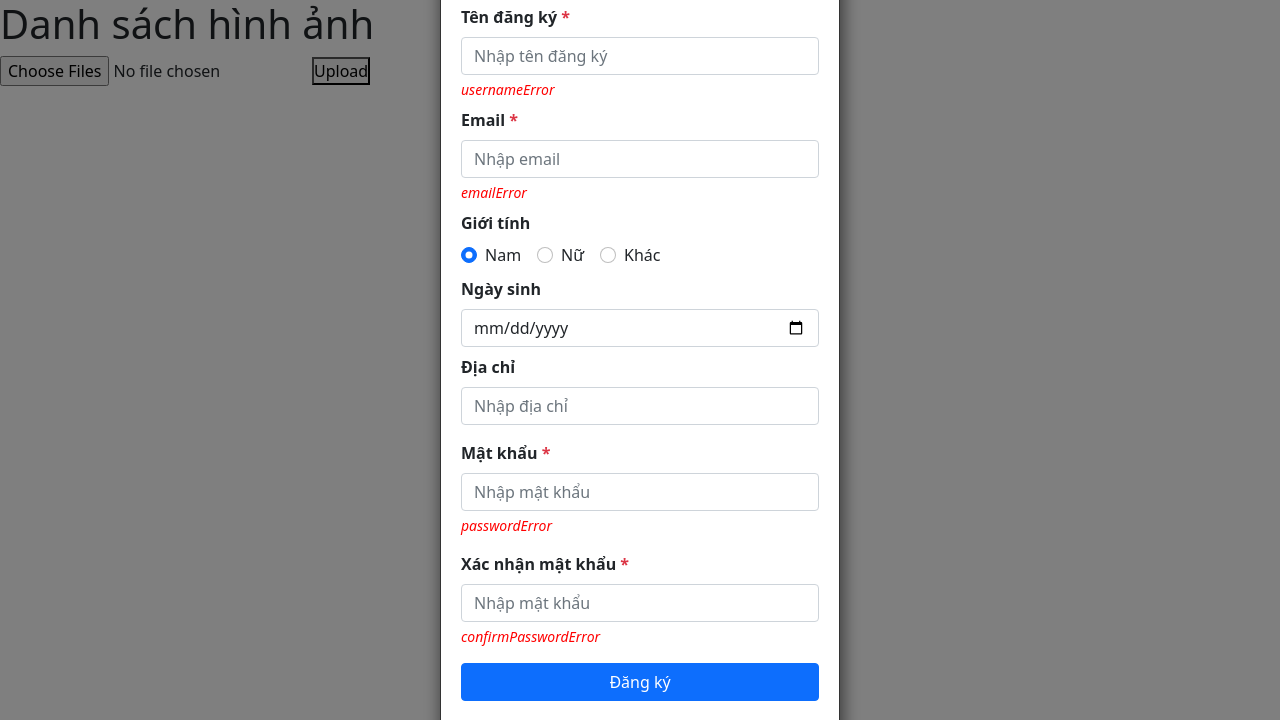
Repository: TinhTT336/MD02_Session14
Page: / (app in client/)
An editor plug-in stored every save of this project. The page is shown before and after the next save, followed by the edit.
The browser window is 1280 px wide. The pictures show the whole page.
The page's requests for data from a server got no answer. The project was rebuilt for these pictures with package versions that can differ from the ones it lists, and the page was loaded fresh each time. No one was signed in, and anything a server would have sent is missing. Also part of the build but not shown: client/vite.config.js, client/src/index.css.

Above is the page before, as saved 2023-09-14 10:26:32.

### client/index.html
<!DOCTYPE html>
<html lang="en">
  <head>
    <meta charset="UTF-8" />
    <link rel="icon" type="image/svg+xml" href="/vite.svg" />
    <meta name="viewport" content="width=device-width, initial-scale=1.0" />
    <title>Vite + React</title>
    <link
      href="https://cdn.jsdelivr.net/npm/bootstrap@5.0.2/dist/css/bootstrap.min.css"
      rel="stylesheet"
      integrity="sha384-EVSTQN3/azprG1Anm3QDgpJLIm9Nao0Yz1ztcQTwFspd3yD65VohhpuuCOmLASjC"
      crossorigin="anonymous"
    />
    <link
      rel="stylesheet"
      href="https://cdnjs.cloudflare.com/ajax/libs/font-awesome/6.4.2/css/all.min.css"
      integrity="sha512-z3gLpd7yknf1YoNbCzqRKc4qyor8gaKU1qmn+CShxbuBusANI9QpRohGBreCFkKxLhei6S9CQXFEbbKuqLg0DA=="
      crossorigin="anonymous"
      referrerpolicy="no-referrer"
    />
  </head>
  <body>
    <div id="root"></div>
    <script type="module" src="/src/main.jsx"></script>
  </body>
</html>

### client/src/App.jsx

import './App.css'
import UploadSingleFile from './components/UploadSingleFile'
import Register from './components/register/Register'

function App() {

  return (
    <>
      <UploadSingleFile />
      <Register />
    </>
  )
}

export default App

### client/src/components/UploadSingleFile.jsx
import React, { useEffect, useState } from 'react'
import { storage } from "../firebase/configFirebase";
import { getDownloadURL, listAll, ref, uploadBytes } from 'firebase/storage';
import ReactPlayer from 'react-player'

export default function UploadSingleFile() {
    const [imageUpload, setImageUpload] = useState(null);
    const [imageUrls, setImageUrls] = useState([]);

    //tao 1 tham chieu den thu muc chua kho anh tren firebase
    const imageListRef = ref(storage, 'images/')

    // ham upload file len Firebase
    const uploadFiles = (files) => {
        //xu ly duoc tac vu them nhieu file=> bat dong bo=> su dung Promise
        Promise.all(files.map(file => {
            //tao 1 tham chieu <=>tao 1 folder tren firebase
            const imageRef = ref(storage, `images/${file.name}`);
            return uploadBytes(imageRef, file).then(snapshot => {
                return getDownloadURL(snapshot.ref);
            }).then(urls => {
                //tra ve danh sach cac URL
                setImageUrls((prev => [...prev, urls]))
            })
        }))
    }

    const handleSelectFiles = (e) => {
        //lay tat ca cac gia tri trong o input co type="file"
        const files = Array.from(e.target.files);
        // console.log(files);
        setImageUpload(files);
    }
    //khi click vao nut upload thi tien hanh upload len firebase
    const handleUpload = (e) => {
        if (!imageUpload) {
            return;
        } else {
            uploadFiles(imageUpload)
        }
    }

    // lay url tren firebase
    useEffect(() => {
        listAll(imageListRef).then(response => {
            //response tra ve la 1 mang danh sach cac URL
            response.items.forEach(item => {
                getDownloadURL(item).then(url => {
                    //danh sach url
                    setImageUrls((prev) => [...prev, url]);
                })
            })
        })
    }, []);

    return (
        <>
            <h1>Danh sách hình ảnh</h1>
            <div style={{ display: "flex", gap: 10, }}>
                {imageUrls.map(url => (
                    // <img src={url} alt="anh" key={url} height={200} width={200} style={{ objectFit: "cover" }} />
                    <ReactPlayer url={url} controls={true} />
                ))}
            </div >
            <input type="file" onChange={handleSelectFiles} multiple />
            <button onClick={handleUpload}>Upload</button>
        </>
    )
}

### client/src/components/register/Register.jsx
import React, { useState } from 'react';
import "./register.css";

export default function Register() {
    const [gender, setGender] = useState(0);

    // danh sach gender
    const listGender = [
        {
            id: 0,
            title: "Nam"
        },
        {
            id: 1,
            title: "Nữ"
        },
        {
            id: 2,
            title: "Khác"
        }
    ]
    return (
        <>
            <div className='container-login'>
                <form className='form-login'>
                    <div className='d-flex justify-content-between align-items-center mb-2'>
                        <h3>Đăng ký</h3>
                        <div className='btn btn-close'></div>
                    </div>
                    <div className='form-group mb-2'>
                        <label className='form-label' htmlFor="user_name">Tên đăng ký <span className="text-danger">*</span></label>
                        <input className="form-control" type="text" name="user_name" id="user_name" placeholder='Nhập tên đăng ký'
                        />
                        <div className='text-err mt-1'>usernameError</div>
                    </div>
                    <div className='form-group mb-2'>
                        <label className='form-label' htmlFor="email">Email <span className="text-danger">*</span></label>
                        <input className="form-control" type="text" name="email" id="email"
                            placeholder='Nhập email' />
                        <div className='text-err mt-1'>emailError</div>
                    </div>
                    <div className='d-flex flex-column'>
                        <label htmlFor="gender" className="form-label me-4">
                            Giới tính
                        </label>
                        <div className='d-flex'>
                            {listGender.map(g => (
                                <div className="form-check me-3" key={g.id}>
                                    <input
                                        className="form-check-input"
                                        type="radio" checked={g.id === gender}
                                        name="gender" onChange={() => setGender(g.id)}
                                    />
                                    <label className="form-check-label" htmlFor="gender">{g.title}</label>
                                </div>
                            ))}
                        </div>
                    </div>
                    <div className='form-group mb-2 mt-2'>
                        <label className='form-label' htmlFor="dateOfBirth">Ngày sinh</label>
                        <input className='form-control' type="date" name="dateOfBirth" id="dateOfBirth" placeholder='Nhập ngày sinh'
                        />
                    </div>
                    <div className='form-group mb-3'>
                        <label className='form-label' htmlFor="address">Địa chỉ</label>
                        <input className='form-control' type="text" name="address" id="address" placeholder='Nhập địa chỉ'
                        />
                    </div>
                    <div className='form-group mb-3'>
                        <label className='form-label' htmlFor="password">Mật khẩu <span className="text-danger">*</span></label>
                        <input className="form-control" type="password" name="password" id="password" placeholder='Nhập mật khẩu'
                        />
                        <div className='text-err mt-1'>passwordError</div>
                    </div>
                    <div className='form-group mb-3'>
                        <label className='form-label' htmlFor="confirmPassword">Xác nhận mật khẩu <span className="text-danger">*</span></label>
                        <input className='form-control' type="password" name="confirmPassword" id="confirmPassword" placeholder='Nhập mật khẩu'
                        />
                        <div className='text-err mt-1'>confirmPasswordError</div>
                    </div>
                    <div className='mb-2'>
                        <button className='btn btn-primary w-100'>Đăng ký</button>
                    </div>
                    <p className='p-2 text-center' >Bạn đã có tài khoản? <a href='#'>Đăng nhập</a> </p>

                </form>
            </div>
        </>
    )
}

### client/src/firebase/configFirebase.js
import { initializeApp } from "firebase/app";
import { getStorage } from "firebase/storage";

const firebaseConfig = {
  apiKey: "AIzaSyD0Zt2OZZXnhp_y5Hbwztrgq-8yceFDboU",
  authDomain: "project-md02.firebaseapp.com",
  projectId: "project-md02",
  storageBucket: "project-md02.appspot.com",
  messagingSenderId: "1049986641086",
  appId: "1:1049986641086:web:83898ee5306dc048c982ef",
};

// Initialize Firebase - khoi tai firebase
const app = initializeApp(firebaseConfig);

//tao tham chieu den dich vu luu tru duoc su dung de tham chieu trong toan bo ung dung
const storage = getStorage(app);

// export ra ben ngoai de su dung
export { storage };

### client/src/components/register/register.css
.container-login {
  position: fixed;
  top: 0;
  bottom: 0;
  left: 0;
  right: 0;
  background: rgba(0, 0, 0, 0.5);
  display: flex;
  align-items: center;
  justify-content: center;
}
.form-login {
  padding: 30px 20px;
  border: 1px solid #333;
  width: 400px;
  background-color: #fff;
  border-radius: 5px;
  box-shadow: 2px 8px 16px 2px rgba(0, 0, 0, 0.5);
}
.form-group {
  display: flex;
  flex-direction: column;
}
.form-label {
  font-weight: 600;
}
.text-err {
  color: red;
  font-style: italic;
  font-size: 14px;
}
/* .text-err.border-err {
  border-color: red;
} */

Loaded but not shown: client/src/main.jsx (common file); client/src/App.css (common file)

After the next save:
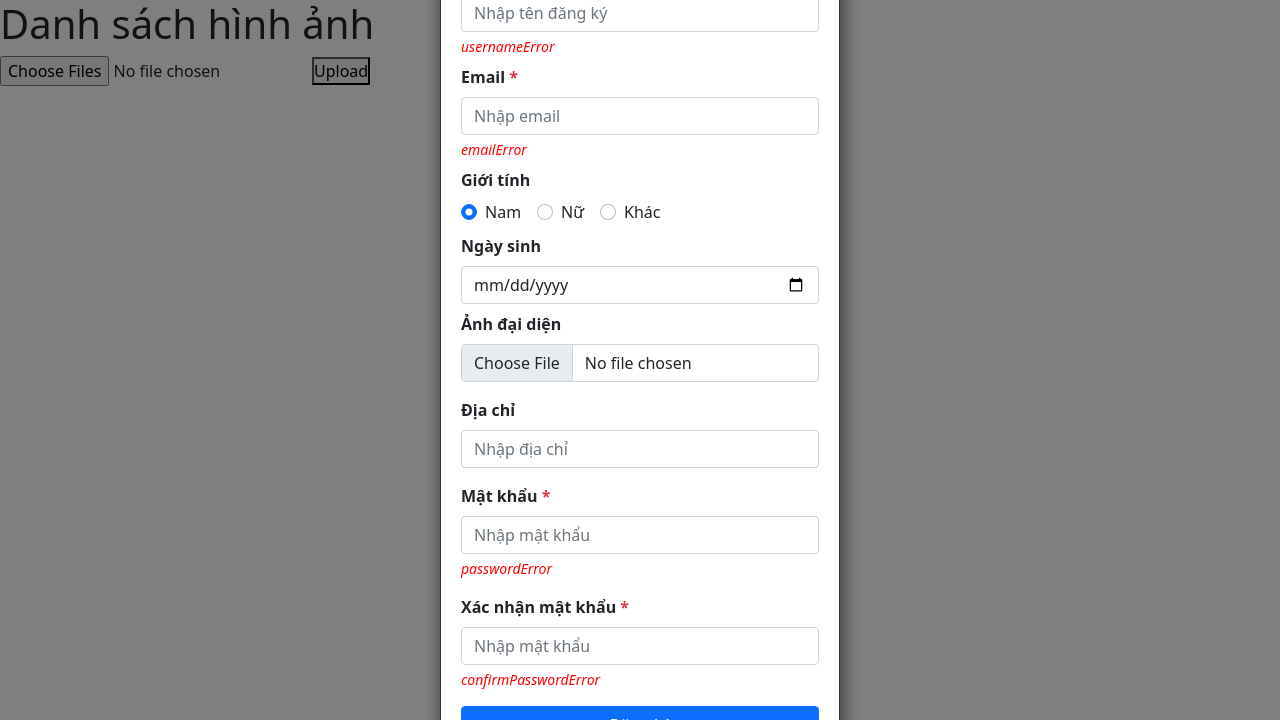
Saved 82 s later.
--- a/client/src/components/register/Register.jsx
+++ b/client/src/components/register/Register.jsx
@@ -62,6 +62,11 @@ export default function Register() {
                         />
                     </div>
                     <div className='form-group mb-3'>
+                        <label className='form-label' htmlFor="avatar">Ảnh đại diện</label>
+                        <input className='form-control' type="file" name="avatar" id="avatar" placeholder='Chọn 1 ảnh đại diện'
+                        />
+                    </div>
+                    <div className='form-group mb-3'>
                         <label className='form-label' htmlFor="address">Địa chỉ</label>
                         <input className='form-control' type="text" name="address" id="address" placeholder='Nhập địa chỉ'
                         />
